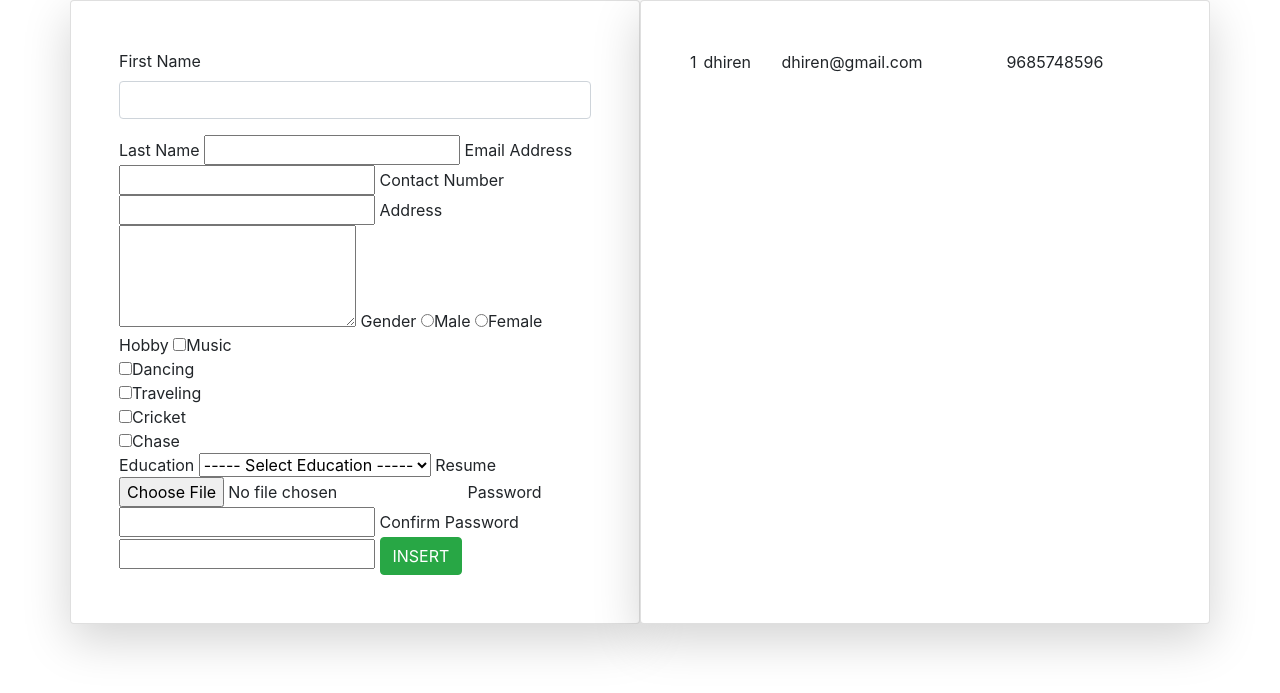
Repository: dhiren1618/OCT-JAVA-2023
Page: http://localhost/AdvancedJava/bootstrap.jsp
An editor plug-in stored every save of this project. The page is shown before and after the next save, followed by the edit.
The browser window is 1280 px wide. The pictures show the whole page.
The page is served by Tomcat 9. Other server files are loaded and not shown.

Above is the page before, as saved 2024-06-15 10:59:32.

### AdvancedJava/src/main/webapp/bootstrap.jsp
<%@ page language="java" contentType="text/html; charset=UTF-8"
	pageEncoding="UTF-8"%>
<!DOCTYPE html>
<html>
<head>
<meta charset="UTF-8">
<title>Advance Java Tutorial</title>
<link rel="stylesheet" href="https://cdn.jsdelivr.net/npm/bootstrap@4.3.1/dist/css/bootstrap.min.css" integrity="sha384-ggOyR0iXCbMQv3Xipma34MD+dH/1fQ784/j6cY/iJTQUOhcWr7x9JvoRxT2MZw1T" crossorigin="anonymous">
<script src="https://code.jquery.com/jquery-3.3.1.slim.min.js" integrity="sha384-q8i/X+965DzO0rT7abK41JStQIAqVgRVzpbzo5smXKp4YfRvH+8abtTE1Pi6jizo" crossorigin="anonymous"></script>
<script src="https://cdn.jsdelivr.net/npm/popper.js@1.14.7/dist/umd/popper.min.js" integrity="sha384-UO2eT0CpHqdSJQ6hJty5KVphtPhzWj9WO1clHTMGa3JDZwrnQq4sF86dIHNDz0W1" crossorigin="anonymous"></script>
<script src="https://cdn.jsdelivr.net/npm/bootstrap@4.3.1/dist/js/bootstrap.min.js" integrity="sha384-JjSmVgyd0p3pXB1rRibZUAYoIIy6OrQ6VrjIEaFf/nJGzIxFDsf4x0xIM+B07jRM" crossorigin="anonymous"></script>


</head>

<body>

	<div class="container">
		<div class="row">
			<div class="col-md-6 card p-5  shadow-lg">
	<form action="" method="post" name="insert">


				<div class="form-group">
				<label >First Name</label>
				<input id="fname" type="text" name="fname" onblur="validateFirstName();" class="form-control">
				<span id="error_fname" class="text-danger"></span>
				</div>

			<tr>
				<td>Last Name</td>
				<td><input type="text" name="lname"></td>
			</tr>

			<tr>
				<td>Email Address</td>
				<td><input type="email" name="email" id="email" onblur="validateEmail();"></td>
				<td><span id="error_email" style="color: red;"></span></td>
			</tr>

			<tr>
				<td>Contact Number</td>
				<td><input type="text" name="contact" id="contact" onblur="validateContact();"></td>
				<td><span id="error_contact" style="color: red;"></span></td>
			</tr>

			<tr>
				<td>Address</td>
				<td><textarea cols="21" rows="4" name="address"></textarea></td>
			</tr>

			<tr>
				<td>Gender</td>
				<td><input type="radio" name="gender" value="male">Male
					<input type="radio" name="gender" value="female">Female</td>
			</tr>

			<tr>
				<td>Hobby</td>
				<td><input type="checkbox" name="hobby" value="music">Music<br>
					<input type="checkbox" name="hobby" value="dancing">Dancing<br>
					<input type="checkbox" name="hobby" value="traveling">Traveling<br>
					<input type="checkbox" name="hobby" value="cricket">Cricket<br>
					<input type="checkbox" name="hobby" value="chess">Chase<br>
				</td>
			</tr>

			<tr>
				<td>Education</td>
				<td><select name="education">
						<option>----- Select Education -----</option>
						<option value="10th">10th</option>
						<option value="12th">12th</option>
						<option value="BCA">BCA</option>
						<option value="MCA">MCA</option>
						<option value="BE">BE</option>
						<option value="ME">ME</option>
						<option value="other">Others</option>
				</select></td>
			</tr>

			<tr>
				<td>Resume</td>
				<td><input type="file" name="resume"></td>
			</tr>

			<tr>
				<td>Password</td>
				<td><input type="password" name="password"></td>
			</tr>

			<tr>
				<td>Confirm Password</td>
				<td><input type="password" name="cpassword"></td>
			</tr>

			<tr>
				<td colspan="2" align="center"><input type="submit"
					value="INSERT" class="btn btn-success"></td>
			</tr>



	</form>
	</div>

	<div class="col-md-6 card p-5  shadow-lg">


		<table>
		<tr>
		<td>1</td>
		<td>dhiren</td>
		<td>dhiren@gmail.com</td>
		<td>9685748596</td>
		</tr>
		</table>


	</div>


		</div>
</div>
</body>



</html>

After the next save:
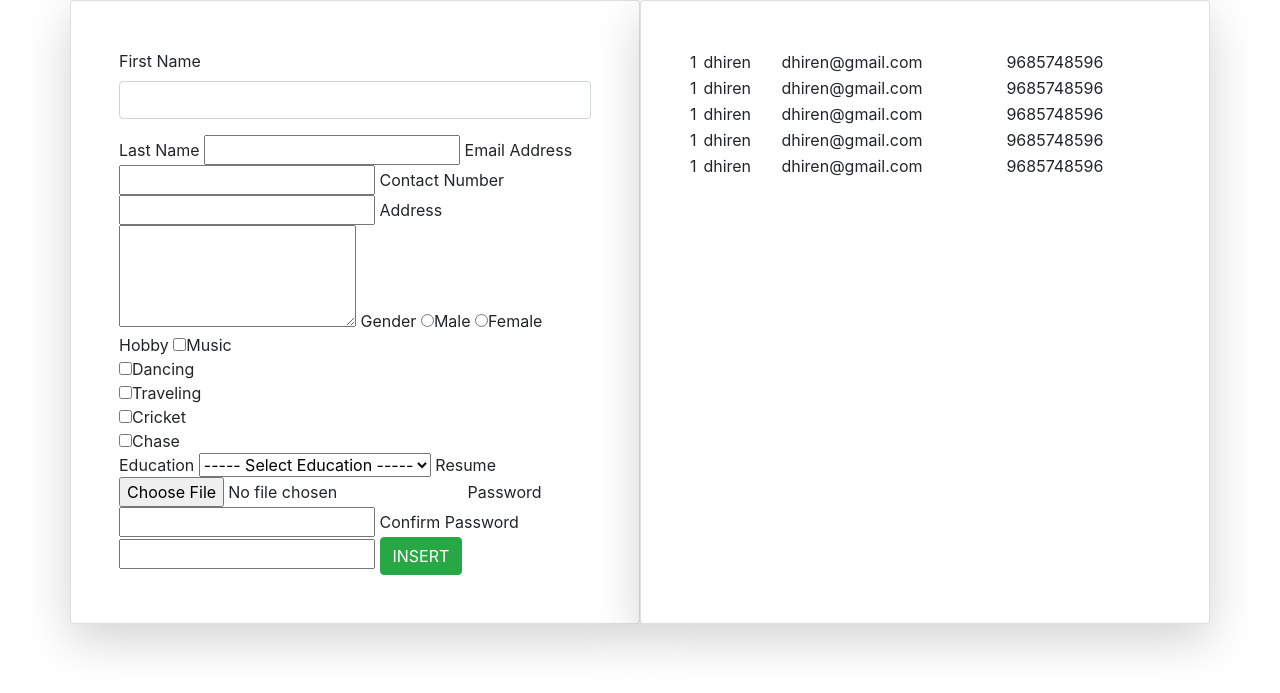
Saved 12 s later.
--- a/AdvancedJava/src/main/webapp/bootstrap.jsp
+++ b/AdvancedJava/src/main/webapp/bootstrap.jsp
@@ -114,6 +114,30 @@
 		<td>dhiren@gmail.com</td>
 		<td>9685748596</td>
 		</tr>
+		<tr>
+		<td>1</td>
+		<td>dhiren</td>
+		<td>dhiren@gmail.com</td>
+		<td>9685748596</td>
+		</tr>
+		<tr>
+		<td>1</td>
+		<td>dhiren</td>
+		<td>dhiren@gmail.com</td>
+		<td>9685748596</td>
+		</tr>
+		<tr>
+		<td>1</td>
+		<td>dhiren</td>
+		<td>dhiren@gmail.com</td>
+		<td>9685748596</td>
+		</tr>
+		<tr>
+		<td>1</td>
+		<td>dhiren</td>
+		<td>dhiren@gmail.com</td>
+		<td>9685748596</td>
+		</tr>
 		</table>
 
 
